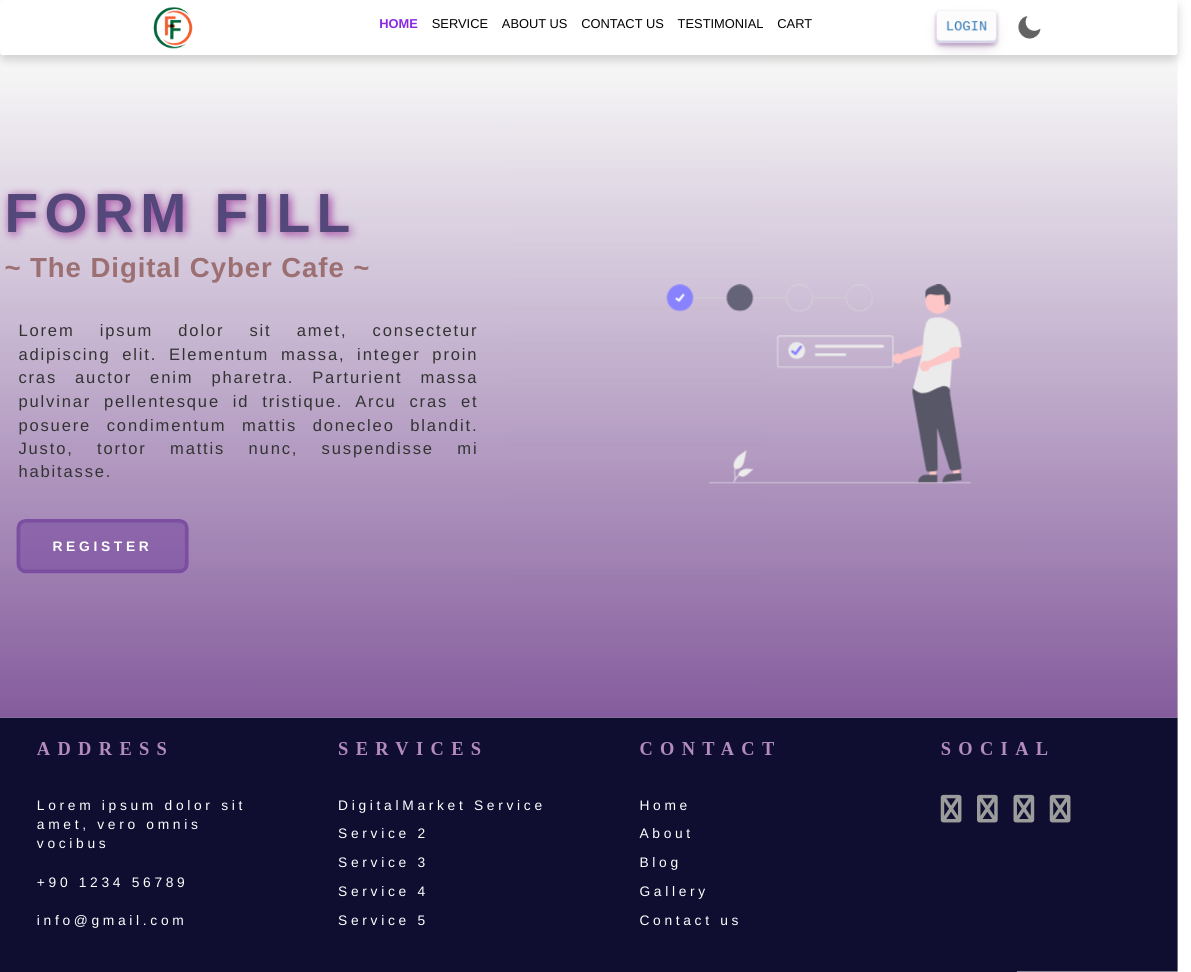
Repository: codervivek5/Formfil
Page: index.html
The author's editor kept a copy of each file at every save. The page is drawn from the files as they stood at one save, then again after the next save.
The browser window is 1280 px wide. The page is 1295 px wide, so the pictures cover 1295 px, including what lies to the right of the window. The pictures show the whole page, at 92% of full size.
Some web fonts or font styles are not loaded; a fallback is used.

Above is the page before, as saved 2023-03-04 21:16:43.

After the next save:
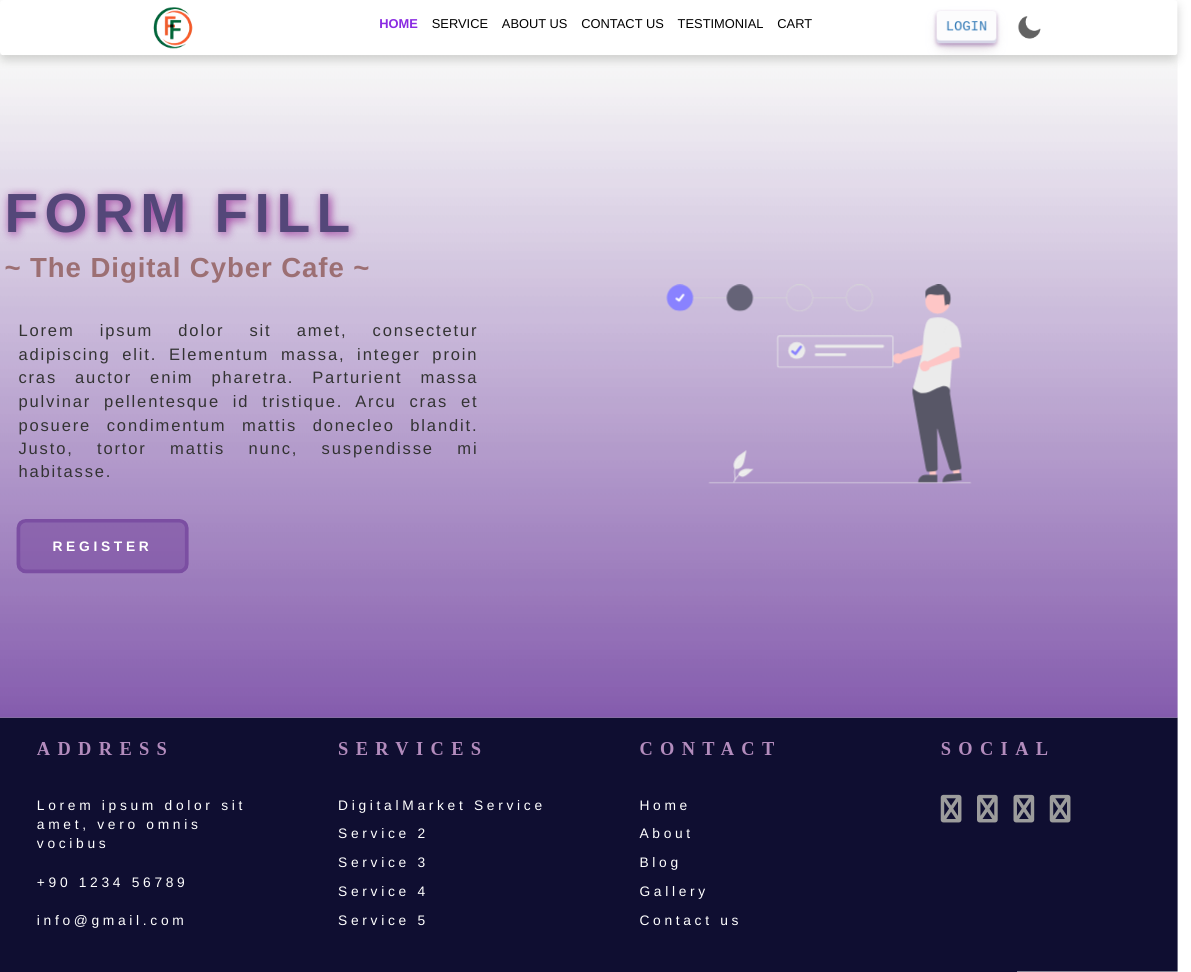
Saved 6 s later.
--- a/style/theme.css
+++ b/style/theme.css
@@ -1,5 +1,5 @@
 :root{
-	--color--main: linear-gradient(rgba(244, 245, 243, 0.712),rgb(102, 51, 132));
+	--color--main: linear-gradient(rgba(244, 245, 243, 0.712),rgb(102, 51, 153));
 	--color--footer: rgb(119, 5, 100);
 	--color--h1: #2a1958;
 	--color--h2: rgba(122, 60, 60, 0.87);
